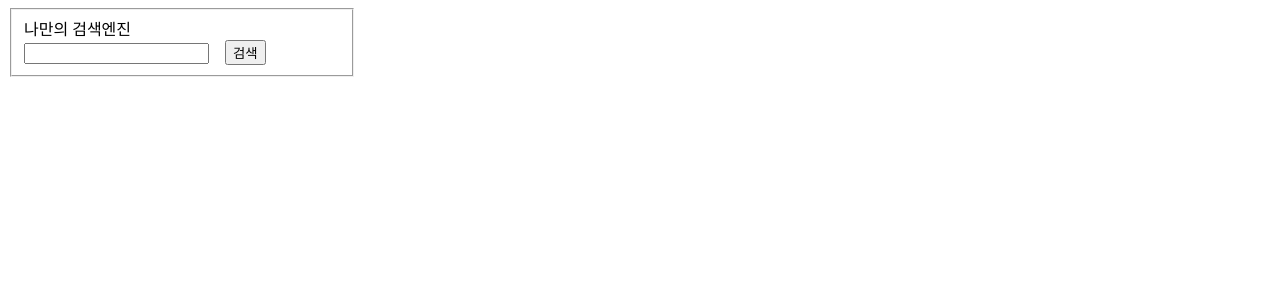
Repository: hus0124/M-IT
Page: JSP_Workspaces/Test3/WebContent/search.html
The author's editor kept a copy of each file at every save. The page is drawn from the files as they stood at one save, then again after the next save.
The browser window is 1280 px wide. The pictures show the whole page.

Above is the page before, as saved 2020-01-02 00:31:26.

After the next save:
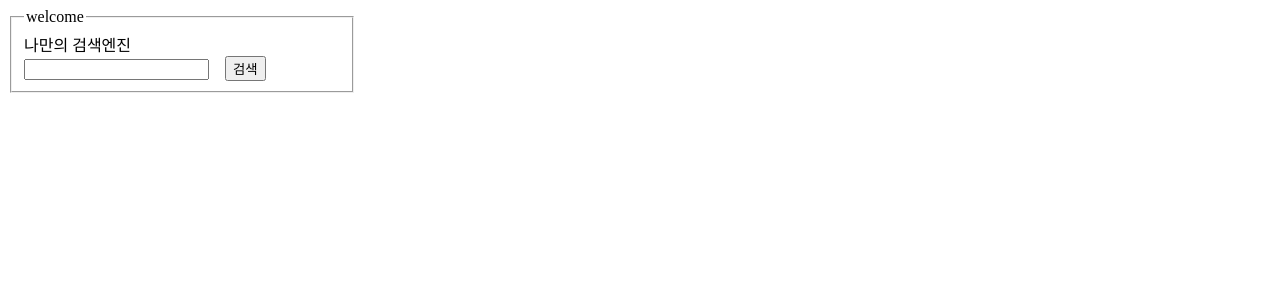
Saved 3 min 14 s later.
--- a/JSP_Workspaces/Test3/WebContent/search.html
+++ b/JSP_Workspaces/Test3/WebContent/search.html
@@ -6,6 +6,7 @@
 </head>
 <body>
 	<fieldset style="width:25%">
+	<legend>welcome</legend>
 	<form action = "result.jsp" method = "get">
 		나만의 검색엔진<br>
 		<input type = "text" name = "search">&emsp;<input type = "submit" value = "검색">
